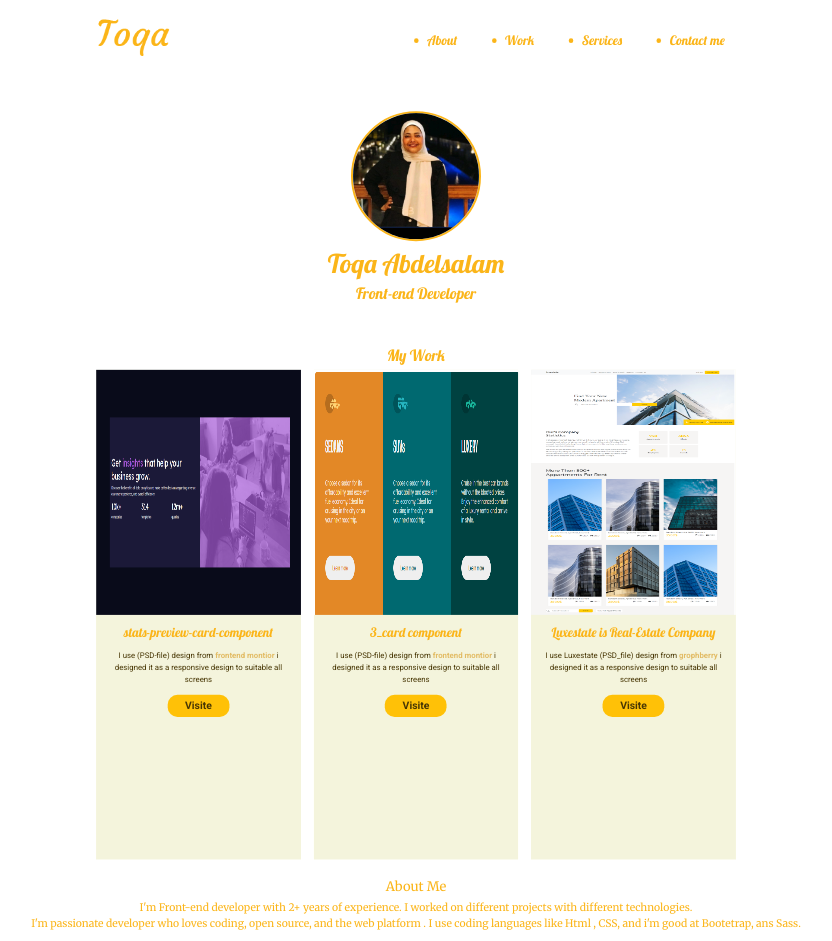
Repository: Toqa-25/portfolio
Page: index.html
An editor plug-in stored every save of this project. The page is shown before and after the next save, followed by the edit.
The browser window is 1280 px wide. The pictures show the whole page, at 65% of full size.
Some web fonts or font styles are not loaded; a fallback is used.

Above is the page before, as saved 2021-11-01 00:27:51.

### index.html
<!DOCTYPE html>
<html lang="en">
<head>
    <meta charset="UTF-8">
    <meta http-equiv="X-UA-Compatible" content="IE=edge">
    <meta name="viewport" content="width=device-width, initial-scale=1.0">
    <title>Toqa Portfolio</title>
      <!-- bootstrap file -->
      <link rel="stylesheet" href="css/all.min.css">
      <link rel="stylesheet" href="css/bootstrap.css">
      <!-- css file -->
      <link rel="stylesheet" href="css/style.css">
      <!-- fonts -->
      <link rel="preconnect" href="https://fonts.googleapis.com">
<link rel="preconnect" href="https://fonts.gstatic.com" crossorigin>
<link href="https://fonts.googleapis.com/css2?family=Lobster&family=Otomanopee+One&display=swap" rel="stylesheet">
<link rel="preconnect" href="https://fonts.googleapis.com">
<link rel="preconnect" href="https://fonts.gstatic.com" crossorigin>
<link href="https://fonts.googleapis.com/css2?family=Merriweather:ital,wght@0,300;0,400;0,700;0,900;1,300;1,400;1,700;1,900&display=swap" rel="stylesheet">
<link rel="preconnect" href="https://fonts.googleapis.com">
<link rel="preconnect" href="https://fonts.gstatic.com" crossorigin>
<link href="https://fonts.googleapis.com/css2?family=Bebas+Neue&family=Oswald:wght@200;300;400;500;600;700&display=swap" rel="stylesheet">
<link rel="preconnect" href="https://fonts.googleapis.com">
<link rel="preconnect" href="https://fonts.gstatic.com" crossorigin>
<link href="https://fonts.googleapis.com/css2?family=Montserrat:wght@100;200;300;400;500;600;700;800;900&family=PT+Sans:ital,wght@0,400;0,700;1,700&family=Roboto:wght@100;300;400;500;700;900&display=swap" rel="stylesheet">
</head>
<body>
        <!-- header section -->
    <header class="pad">
       <div class="container">
         <div class="header-content">
           <div class="header-logo">
             <img src="images/logo.png" alt="logo">
           </div>
           <div class="bar">
             <svg xmlns="http://www.w3.org/2000/svg" width="35" height="35" fill="#fbb519" class="bi bi-list" viewBox="0 0 16 16">
               <path fill-rule="evenodd" d="M2.5 12a.5.5 0 0 1 .5-.5h10a.5.5 0 0 1 0 1H3a.5.5 0 0 1-.5-.5zm0-4a.5.5 0 0 1 .5-.5h10a.5.5 0 0 1 0 1H3a.5.5 0 0 1-.5-.5zm0-4a.5.5 0 0 1 .5-.5h10a.5.5 0 0 1 0 1H3a.5.5 0 0 1-.5-.5z"/>
             </svg>
              <ul class="hidden-list unlist list">
              <li>About</li>
              <li>Work</li>
              <li>Services</li>
              <li>Contact me</li>
              <li>Reviews</li>
            </ul>
           </div>
           <div class="header-nav">
             <ul class="list unlist">
                 <li>About</li>
                 <li>Work</li>
                 <li>Services</li>
                 <li>Contact me</li>
                 <!-- <li>Reviews</li> -->
             </ul>

           </div>
         </div>
         </div>
        </header><!-- end header section -->
        <!-- information  section -->
    <section  class="inform pad">
      <div class="main-inform " role="main">
        <div class="inform-info">
        <img src="images/toqa.jpg" alt=""><br>
        <h1>Toqa Abdelsalam</h1>
        <h4>Front-end Developer</h4>
      </div>
      </div>
    </section> <!-- end information  section -->

      <!-- my-work  section -->
      <section class="pad work">
        <div class="container">
          <h4 class="work-head">My Work</h4>
          <div class="work-content">
      <div class="work-card" role="menu">
        <div class="card-img">
          <img src="images/my-work/preview-card/desktop_stats-preview-card-component-main_.png" alt="">
        </div>
        <div class="card-info">
          <h5 class="card-title">stats-preview-card-component </h5>
          <p class="card-info-text"> I use  (PSD-file) design from <span> <a href="https://www.frontendmentor.io/">frontend montior</a></span>
        i designed it as a responsive design to suitable all screens
         </p>
      <button class="card-button"><a href="https://toqa-25.github.io/stats-preview-card-component-main/">Visite</a></button>
        </div>
 </div>
      <div class="work-card" role="menu">
        <div class="card-img">
          <img src="images/my-work/3-card-component/desktop_3-cards-component_.png" alt="">
        </div>
        <div class="card-info">
          <h5 class="card-title">3_card component </h5>
          <p class="card-info-text"> I use  (PSD-file) design from <span> <a href="https://www.frontendmentor.io/">frontend montior</a></span>
        i designed it as a responsive design to suitable all screens
         </p>
      <button class="card-button"><a href="https://toqa-25.github.io/stats-preview-card-component-main/">Visite</a></button>
        </div>
 </div>
      <div class="work-card" role="menu">
        <div class="card-img">
          <img src="images/my-work/luxestate/destop-luxestate - Copy.png" alt="">
        </div>
        <div class="card-info">
          <h5 class="card-title">Luxestate is Real-Estate Company  </h5>
          <p class="card-info-text">I use Luxestate (PSD_file) design from <span> <a href="https://www.graphberry.com/">grophberry</a></span>
    i designed it as a responsive design to suitable all screens
         </p>
      <button class="card-button"><a href="https://toqa-25.github.io/stats-preview-card-component-main/">Visite</a></button>
        </div>
 </div>
      <!--
      <div class="project card" role="menu">
          <img src="images/destop-luxestate - Copy (1).png" alt="">
          <p>Luxestate is Real-Estate Company
        I use Luxestate (PSD_file) design from <span> <a href="https://www.graphberry.com/">grophberry</a></span>
    i designed it as a responsive design to suitable all screens <br>
    <button><a href="https://toqa-25.github.io/luxstate-project-/">Visite</a></button>
   </p>
   </div>
      <div class="project card" role="menu">
          <img src="images/web_design.png" alt="">
          <p>Doop is an advertising-agency .
        I use Doop (PSD_file) design from <span> <a href="https://www.graphberry.com/">grophberry</a></span>
    i designed it as a responsive design to suitable all screens <br>
    <button><a href="https://toqa-25.github.io/simply-agency/">Visit </a></button>
   </p>
   </div>
      <div class="project card" role="menu">
        <img src="images/Vibo_App(desktop)_toqa-25.github.io2.png" alt="">
          <p>Vibo is an App-Development company
        I use Vibo PSD design from <span> <a href="https://www.graphberry.com/">grophberry</a></span>
    i designed it as a responsive design to suitable all screens <br>
    <button><a href="https://toqa-25.github.io/vibo-app/">Visite</a></button>
   </p>
   </div>
   <div class="project card" role="menu">
    <img src="images/toqa-25.github.io_landing-meeting-page_desktop.png" alt="">
    <p>Metting landing page
  I use  design from <span> <a href="https://www.frontendmentor.io/">grophberry</a></span>
i designed it as a responsive design to suitable all screens <br>
<button><a href="https://toqa-25.github.io/landing-meeting-page/">Visite</a></button>
</p>
</div> -->
   </div>
   </div>
      </section>

      <section class="section about">

          <h5>About Me</h5>
      <p> I'm Front-end developer with 2+ years of experience. I worked on different projects with different technologies. <br>
       I'm passionate developer who loves coding, open source, and the web platform .
       I use coding languages like Html , CSS, and i'm good at Bootetrap, ans Sass. </p>
      </section>

</body>
</html>

### css/style.css
/*
    public style
***********************
*/
:root{
    --main-color:#fbb519;
    --section-padding:30px;
}
* {
    box-sizing: border-box;
    margin: 0;
    padding: 0;
}
body{
    font-family: 'Merriweather', serif;
    color:var(--main-color);
}
.pad{
    padding: var(--section-padding) 0;
}
.container
{
  width: 80%;
  margin:auto;
  padding: 0 20px;
}
 /* .pad h5{
    text-align: center;
    font-family: 'Lobster';
    /* margin-bottom: 15px; */
 } */
 .unlist{
     list-style: none;
 }
 a{
     text-decoration: none;
 }
/*
    header style
***********************
*/
 header{
    font-family: 'Lobster', cursive;
 }
 .header-content{
    display: flex;
}
.header-logo{
    width:50%;
}
.bar{
    position: relative;
    display: none;
    margin: auto 20px;
     transition: .2s;
     cursor: pointer;
     width: 50%;
    /* text-align: right; */
    justify-content: flex-end;
}
 .header-nav{
   min-width: 50%;
    display: flex;
    justify-content: flex-end;
 }
 .header-nav .list{
     width: 100%;
     display: flex;
     justify-content: space-between;
     align-items: center;
     padding: 17px;
 }
  .list li{
     font-size: 20px;
     transition: .2s;
     -webkit-transition: .2s;
     -moz-transition: .2s;
     -ms-transition: .2s;
     -o-transition: .2s;
     cursor: pointer;
     margin-bottom: 2px;
    }
     .list li:hover{
        border-bottom: 2px solid var(--main-color);
    }
    .hidden-list{
         text-align: center;
         position: absolute;
         width: 120px;
         top: 3px;
         right: -70px;
         background-color: #f5f5dc91;
         padding: 10px;
         border-radius: 25px;
         -webkit-border-radius: 25px;
         -moz-border-radius: 25px;
         -ms-border-radius: 25px;
         -o-border-radius: 25px;
         transition: .2s;
         -webkit-transition: .2s;
         -moz-transition: .2s;
         -ms-transition: .2s;
         -o-transition: .2s;
         visibility: hidden;
         display: none;
}
/* media quary for header*/
 @media (max-width: 991px){
   .header-nav {
      display: none;
  }
  .bar{
      display: flex;
  }
  .bar:hover .hidden-list{
    visibility: visible;
    display: block;
  }
}
/*
    my-information&image style
  ********************************
 */
 .main-inform{
     color: var(--main-color);
    text-align: center;
    height: 300px;
    display: flex;
    align-items: center;
    justify-content: center;
    font-family: 'Lobster', cursive;
}
.main-inform img{
    width: 200px;
    height: 200px;
    border:3px solid;
    border-radius: 50%;
    -webkit-border-radius: 50%;
     -moz-border-radius: 50%;
     -ms-border-radius: 50%;
     -o-border-radius: 50%;
     margin-bottom: 10px;
    }
/*
    my-work style
********************************
*/
.work{
text-align: center;
/* font-family: 'Montserrat', sans-serif;
font-family: 'PT Sans', sans-serif; */
font-family: 'Roboto', sans-serif;
}
 .work-content{
    display: grid;
    grid-template-columns:repeat(3,1fr);
    grid-template-rows: repeat();
    gap:20px;
 }
 .work .work-head{
    text-align: center;
    font-family: 'Lobster';
 }
 .work-card{
 background-color: #f5f5dce8;
 }
 .card-img{
     width:100%;
     height:50%;
     background-color: #f5f5dce8;
 }
 .card-img img{
     width:100%;
     height: 100%;
     transition: .2s;
     -webkit-transition: .2s;
     -moz-transition: .2s;
     -ms-transition: .2s;
     -o-transition: .2s;
}

 .card-img img:hover{
   transform: scale(1.1);
   -webkit-transform: scale(1.1);
   -moz-transform: scale(1.1);
   -ms-transform: scale(1.1);
   -o-transform: scale(1.1);
}
 .card-info{
     text-align: center;
     width: 100%;
     height: 50%;
    background-color: #f5f5dce8;
    padding: 15px;
 }
 .card-title{
     font-family: 'Lobster';
 }

.card-info-text{
    margin:15px 0;
    font-size: 12px;
    font-weight: 400;
    /* padding: 2px; */
    text-align: center;
    color:#483705;
}
.card-info-text a{
    text-decoration: none;
    color: #e2bc66;
    font-weight: bolder;
}
/* .card p{
  margin:15px 0 ;
} */

.card-button{
    width: 95px;
    text-align: center;
    background-color: #ffc107;
     color:#483705;
    border: none;
    border-radius: 15px;
    padding: 5px;
    /*margin-top: 7px; */
    transition: .2s;
    -webkit-transition: .2s;
    -moz-transition: .2s;
    -ms-transition: .2s;
    -o-transition: .2s;
    font-weight: bold;
}
.card-button:hover{
     transform: scale(1.1);
     -webkit-transform: scale(1.1);
      -moz-transform: scale(1.1);
      -ms-transform: scale(1.1);
       -o-transform: scale(1.1);
}
.card-button a{
    text-decoration: none;
    color: #483705;
}

.about{
    text-align: center;

}

/*
media quary style
***************************************
//extra small devices @media (maxwidth:575px)
//small devices @media (maxwidth:767px)
//medium devices @media (maxwidth:991px)
//large devices @media (maxwidth:1199px)
*/
/* .card {
    width: 100%;
    height: 100%;
    position: relative;
    display: flex;
    flex-direction: column;
    min-width: 0;
    word-wrap: break-word;
    background-color: black;
    background-clip: border-box;
    border: 4px solid var(--main-color);
    border-radius: 0.3rem;
}

.card img{
    max-width:100%;
    max-height: 150px;
    border-bottom: 3px solid;
} */

Loaded but not shown: css/all.min.css (library); css/bootstrap.css (library)

After the next save:
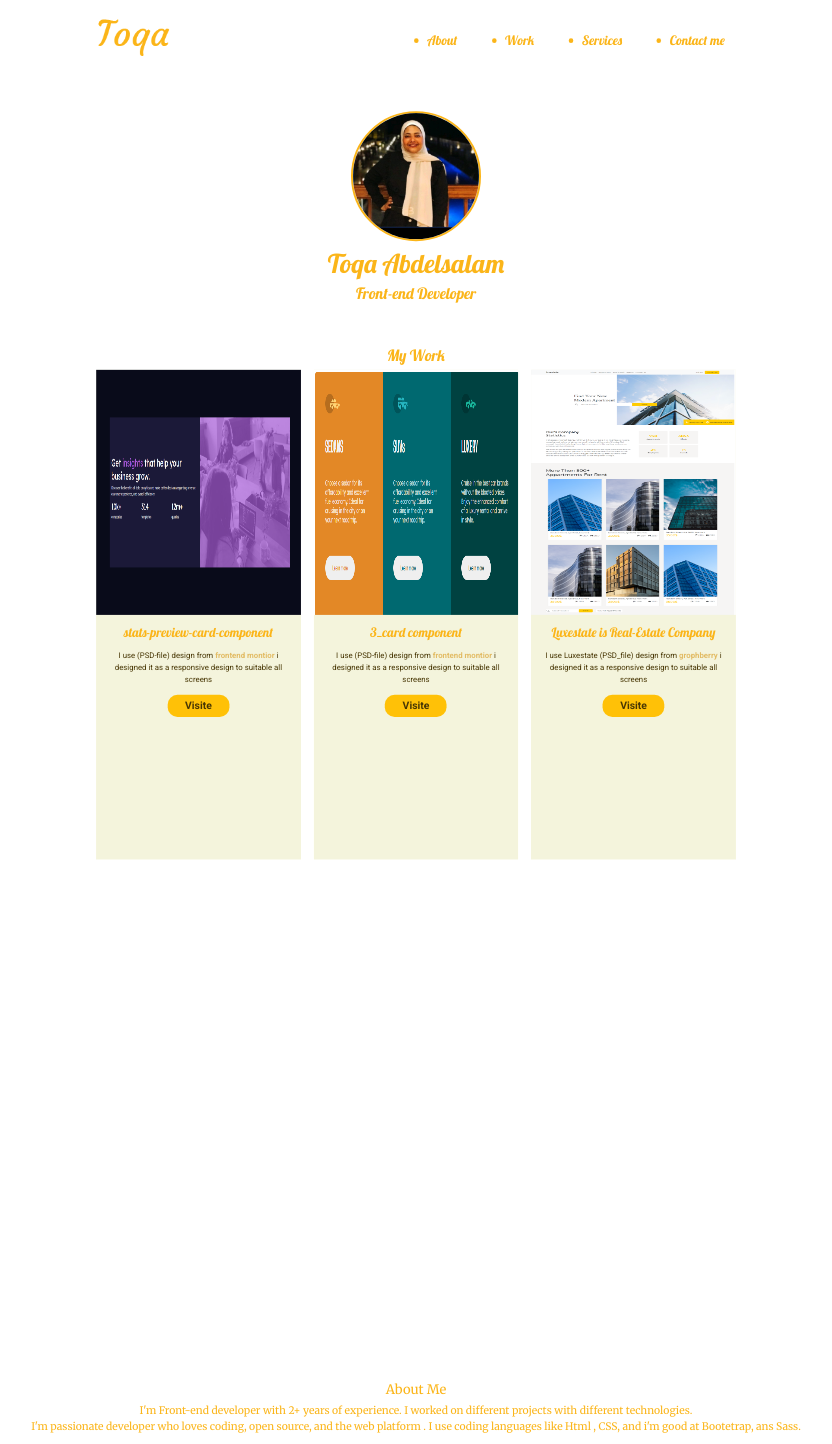
Saved 8 s later.
--- a/css/style.css
+++ b/css/style.css
@@ -154,7 +154,7 @@ font-family: 'Roboto', sans-serif;
  .work-content{
     display: grid;
     grid-template-columns:repeat(3,1fr);
-    grid-template-rows: repeat();
+    grid-template-rows: repeat(2,1fr);
     gap:20px;
  }
  .work .work-head{

After the 2 saves that followed:
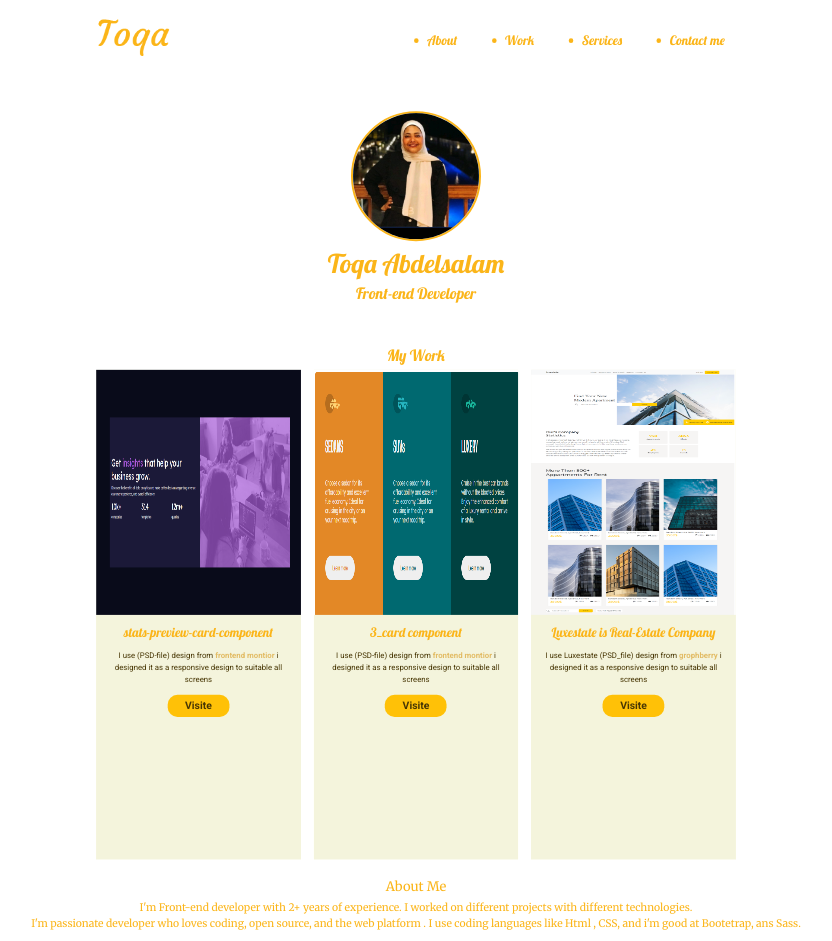
The 2 saves are shown as one change because they came seconds apart.
The last was saved 31 s later.
--- a/css/style.css
+++ b/css/style.css
@@ -154,7 +154,7 @@ font-family: 'Roboto', sans-serif;
  .work-content{
     display: grid;
     grid-template-columns:repeat(3,1fr);
-    grid-template-rows: repeat(2,1fr);
+    grid-template-rows: 1fr;
     gap:20px;
  }
  .work .work-head{
